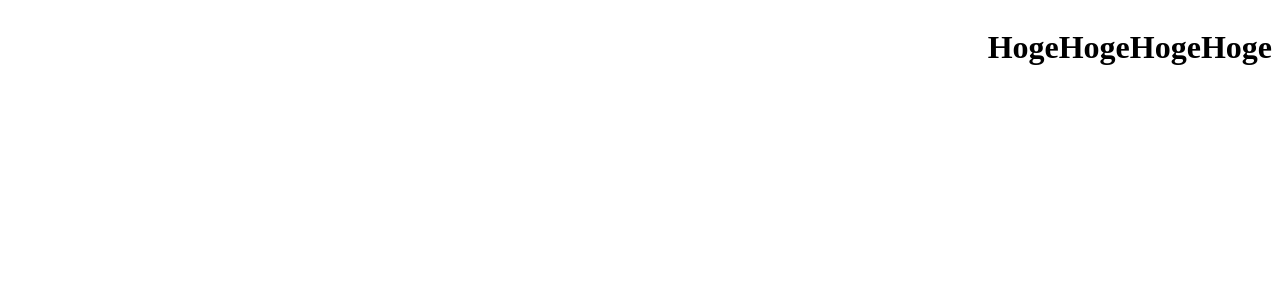
Repository: IzIzKen/samurai_HTML-CSS
Page: HTML CSSを学びWebプログラミングの第一歩を踏み出そう/14章 Flexbox/index2.html
The author's editor kept a record of every edit. The page is drawn from the files as they stood at one moment, then again after the next edit.
The browser window is 1280 px wide. The pictures show the whole page.

Above is the page before.

### HTML CSSを学びWebプログラミングの第一歩を踏み出そう/14章 Flexbox/index2.html
<!DOCTYPE html>
<html lang="ja">
<head>
    <meta charset="UTF-8">
    <style>
        #flex-flow {
            display: flex;
            flex-flow: row-reverse wrap;
        }
    </style>
</head>
<body>
    <div id="flex-flow">
        <h1>Hoge</h1>
        <h1>Hoge</h1>
        <h1>Hoge</h1>
        <h1>Hoge</h1>
    </div>
</body>
</html>

After the next edit:
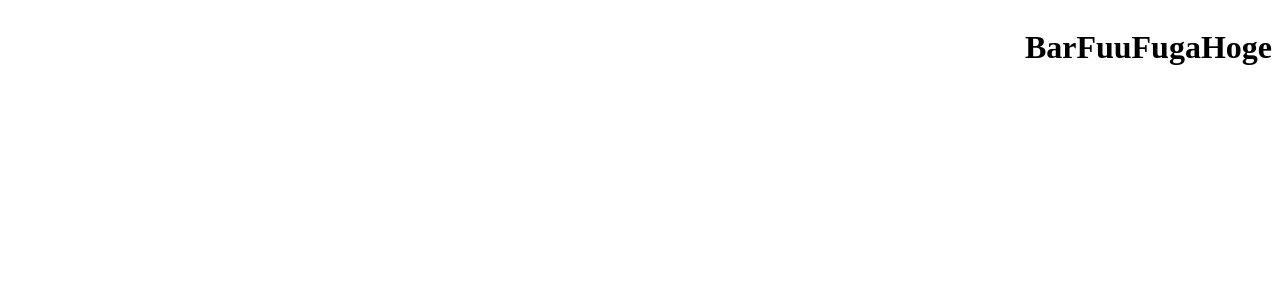
The edit:
--- a/HTML CSSを学びWebプログラミングの第一歩を踏み出そう/14章 Flexbox/index2.html
+++ b/HTML CSSを学びWebプログラミングの第一歩を踏み出そう/14章 Flexbox/index2.html
@@ -12,9 +12,9 @@
 <body>
     <div id="flex-flow">
         <h1>Hoge</h1>
-        <h1>Hoge</h1>
-        <h1>Hoge</h1>
-        <h1>Hoge</h1>
+        <h1>Fuga</h1>
+        <h1>Fuu</h1>
+        <h1>Bar</h1>
     </div>
 </body>
 </html>
